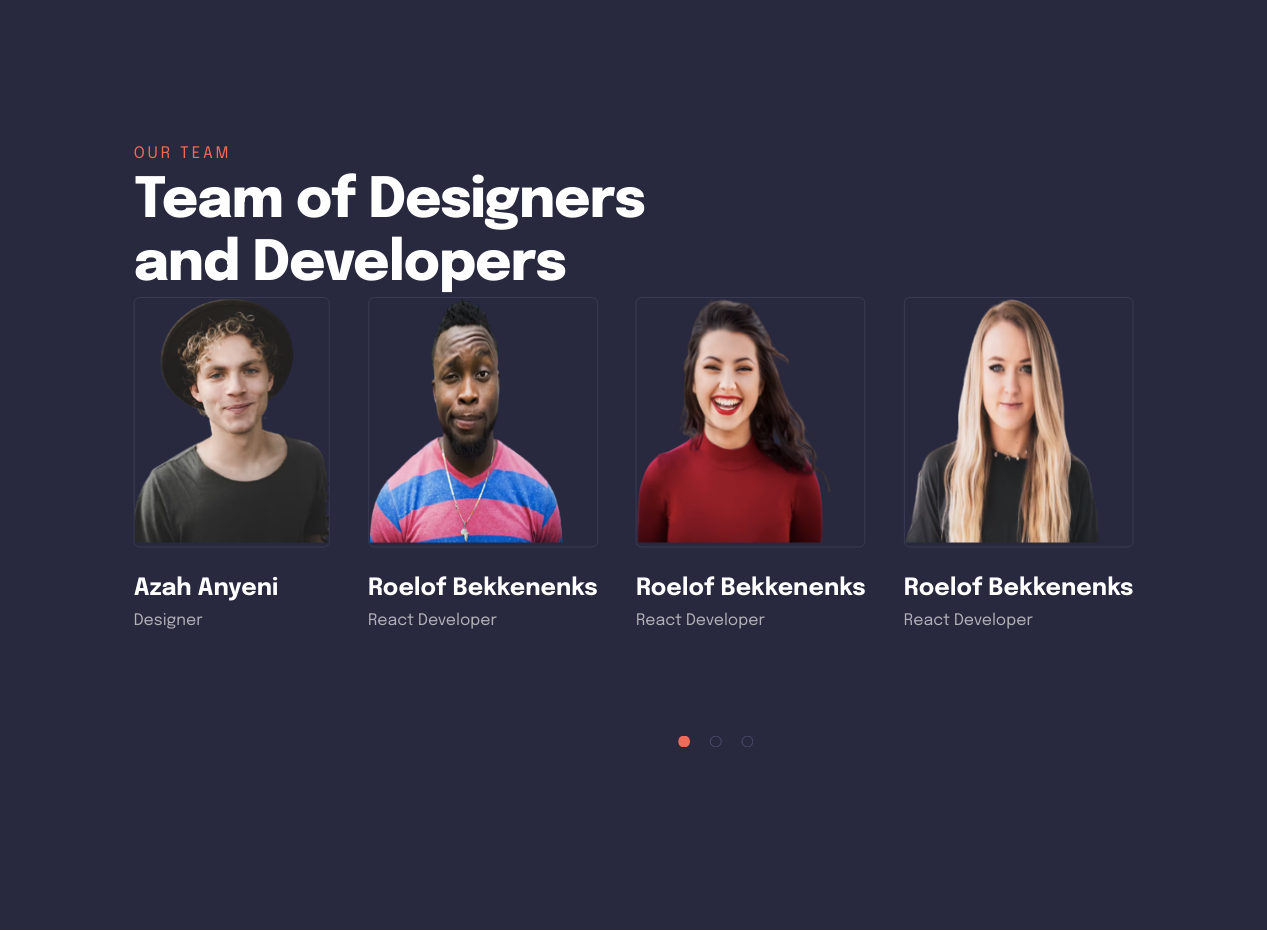
Repository: HeybetzadeQedim/task-6
Page: TEAM/index.html
These files come from the project's save history. The page is drawn as it stood at one moment and after the next save; the edit follows.
The browser window is 1280 px wide. The pictures show the whole page, at 99% of full size.

Above is the page before, as saved 2023-10-30 16:18:34.

After the next save:
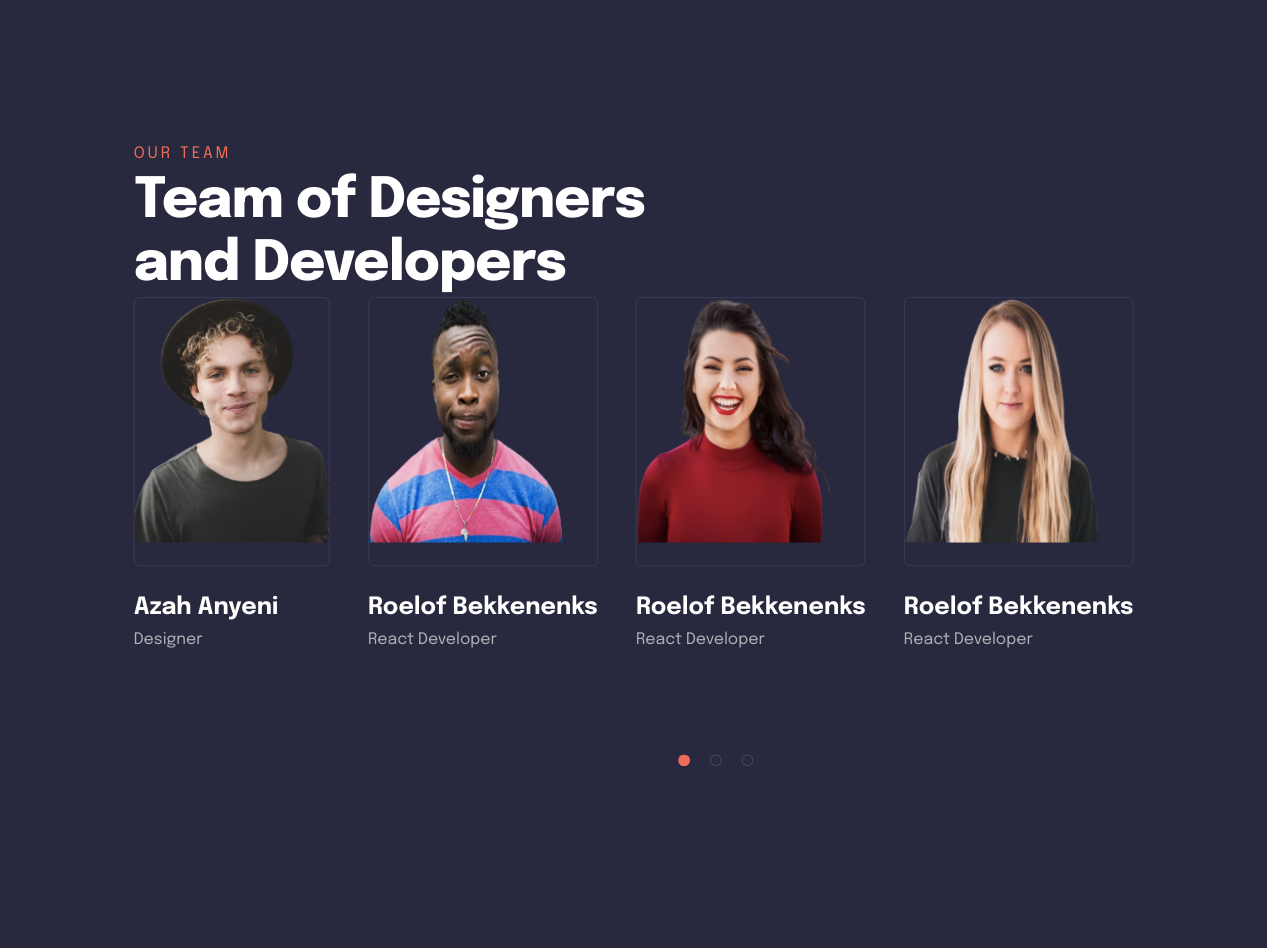
Saved 20 s later.
--- a/TEAM/index.css
+++ b/TEAM/index.css
@@ -107,6 +107,7 @@
   /* padding: 38px 28px 1px 12px; */
   border-radius: 6px;
   border: 1px solid #3a3c56;
+  height: 272px;
   /* display: inline-block; */
 }
 /* .box-5 img {
